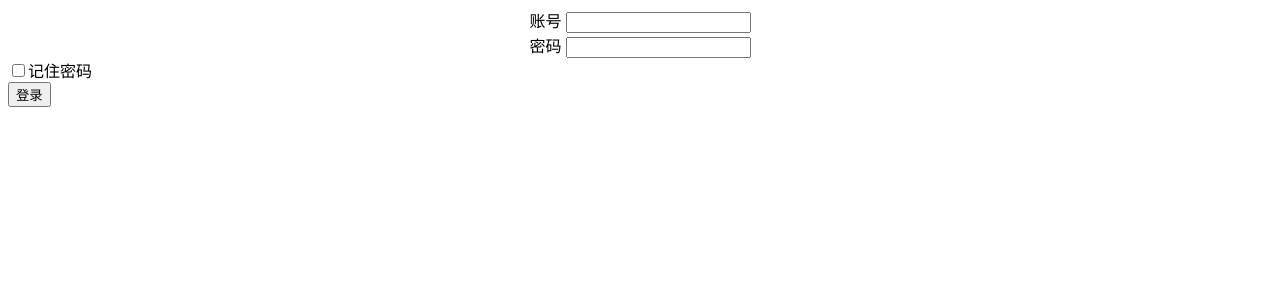
Repository: Jiege005/mytest-software-project
Page: mytest/WebContent/mod1.1.html
An editor plug-in stored every save of this project. The page is shown before and after the next save, followed by the edit.
The browser window is 1280 px wide. The pictures show the whole page.

Above is the page before, as saved 2025-06-18 01:36:02.

After the next save:
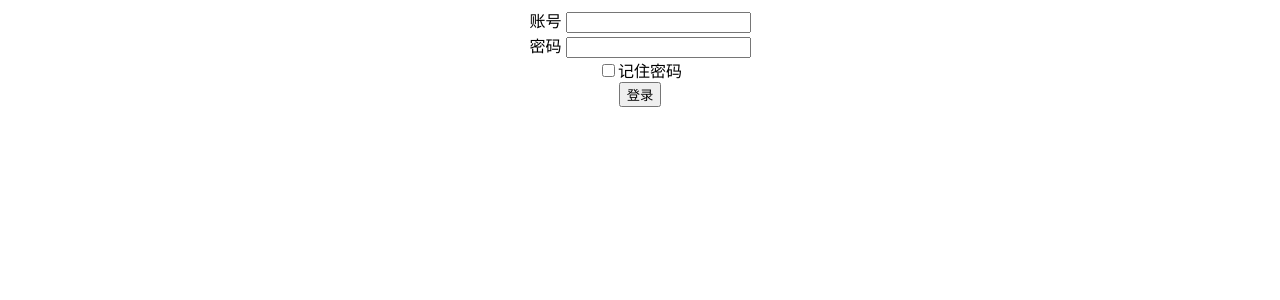
Saved 75 s later.
--- a/mytest/WebContent/mod1.1.html
+++ b/mytest/WebContent/mod1.1.html
@@ -4,7 +4,7 @@
 		<meta charset="UTF-8">
 		<title>登录</title>
 		<style type="text/css">
-			.form-group,.checkbox,.submit{
+			form{
 				text-align: center
 			}
 		</style>
